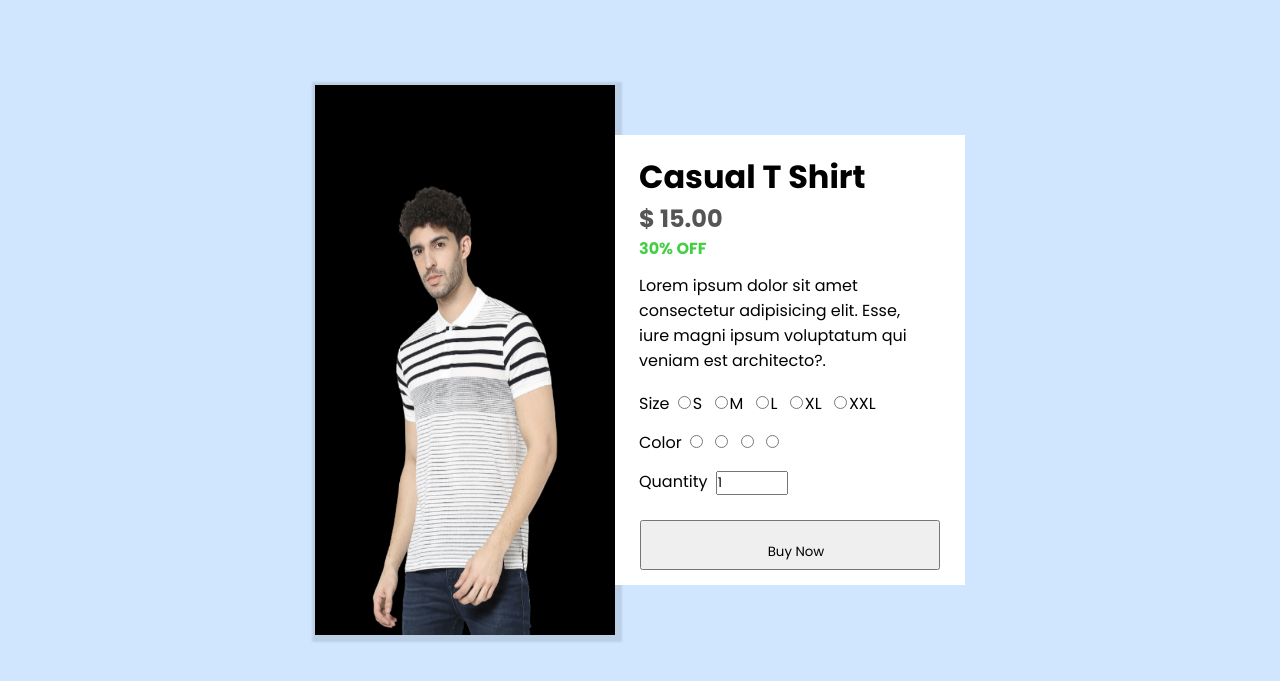
Repository: Ankitkr2021/Product-Page
Page: index.html
An editor plug-in stored every save of this project. The page is shown before and after the next save, followed by the edit.
The browser window is 1280 px wide. The pictures show the whole page.

Above is the page before, as saved 2025-10-24 11:26:13.

### index.html
<!DOCTYPE html>
<html lang="en">
<head>
    <meta charset="UTF-8">
    <meta name="viewport" content="width=device-width, initial-scale=1.0">
    <title>Product Page Design</title>
    <link rel="stylesheet" href="./style.css">
</head>
<body>
    <div class="main">
    <div class="left">
    <div class="image1"><img src="./images/image1.png" alt=""></div>
    <div class="image2"></div>
    <div class="image3"></div>
    </div>
    <div class="right">
        <h1>Casual T Shirt</h1>
        <h2>$ 15.00</h2>
        <h4>30% OFF</h4>
        <p>Lorem ipsum dolor sit amet consectetur adipisicing elit. Esse, iure magni ipsum voluptatum qui veniam est architecto?.</p>

        <div class="size"> Size
        <label><input type="radio" name="size" value="s">S</label>
        <label><input type="radio" name="size" value="m">M</label>
        <label><input type="radio" name="size" value="l">L</label>
        <label><input type="radio" name="size" value="xl">XL</label>
        <label><input type="radio" name="size" value="xxl">XXL</label>
        </div>

        <div class="color">
        Color
        <label><input type="radio" name="color" value="red"></label>
        <label><input type="radio" name="color" value="green"></label>
        <label><input type="radio" name="color" value="blue"></label>
        <label><input type="radio" name="color" value="pink"></label>
        </div>

        <div class="quantity">
            Quantity
            <label><input type="number" id="qty" name="qty" min="1" max="10" value="1"></label>
        </div>

        <button> Buy Now</button>
    </div>
    </div>
</body>
</html>

### style.css
@import url("https://fonts.googleapis.com/css2?family=Poppins:wght@400;700&display=swap");

*{
    margin: 0;
    padding: 0;
    box-sizing: border-box;
    font-family: "Poppins",sans-serif;
}

.main {
    display: flex;
    align-items: center;
    justify-content: center;
    height: 100vh;
    width: 100%;
    background: rgba(187, 219, 255, 0.692);
}

.left {
    height: 550px;
    width: 300px;
    background: #000;
    box-shadow: 2px 2px 2px 5px rgba(0,0,0,0.1);
}

img {
    /* background: green; */
    margin-top: 100px;
    height: 450px;
    width: 300px;
}

.right{
    height: 450px;
    width: 350px;
    background: #fff;
}

.right h1 {
    padding: 18px 12px 0 24px;
}

.right h2 {
    padding: 0 12px 0 24px;
    color: rgb(85, 85, 85);
}

.right h4 {
    padding: 0 12px 12px 24px;
    color: rgb(68, 206, 68);
}

.right p {
    width: 310px;
    padding: 0px 12px 0 24px ;
}

.size {
    padding: 18px 12px 0 24px;
}

input[type="radio"][name="size"] {
  margin-right: 2px;
}

.color {
    padding: 14px 12px 0 24px;
}

.quantity {
    padding: 14px 12px 0 24px;
}

button {
    padding: 14px 12px 0 24px;
    margin: 25px;
    width: 300px;
    height: 50px;
}


.right label {
    padding: 4px ;
}

After the next save:
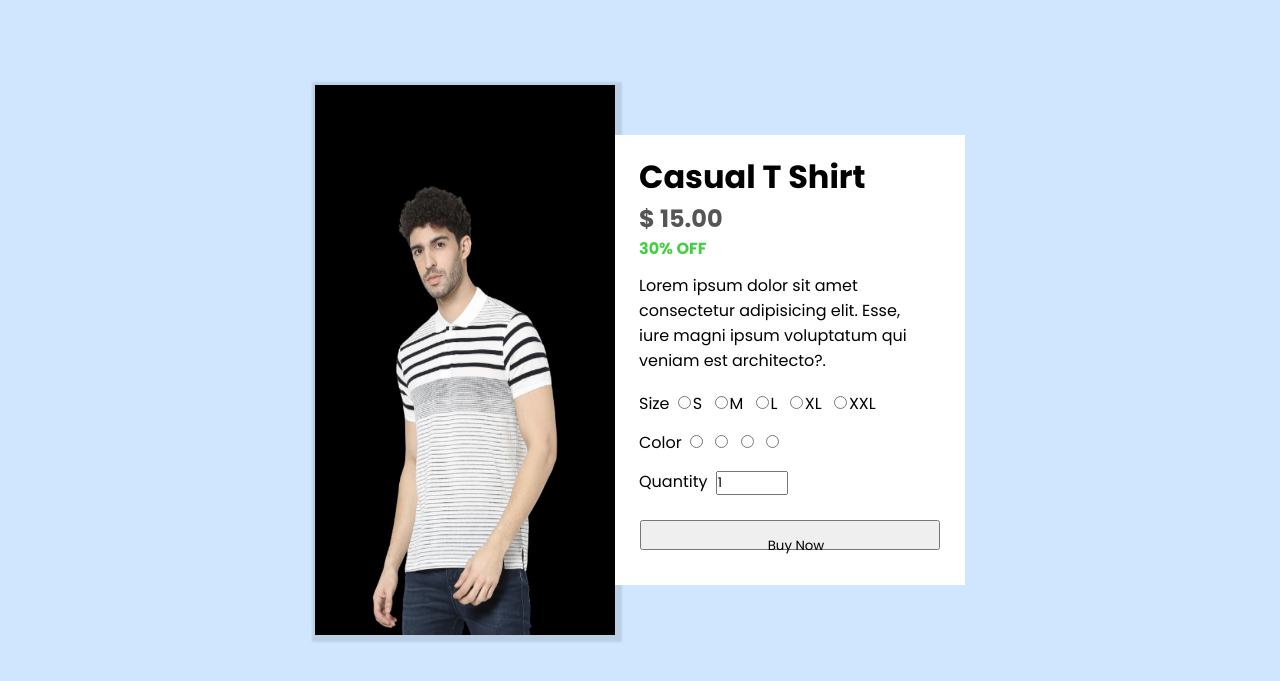
Saved 4 s later.
--- a/style.css
+++ b/style.css
@@ -75,7 +75,7 @@ button {
     padding: 14px 12px 0 24px;
     margin: 25px;
     width: 300px;
-    height: 50px;
+    height: 30px;
 }
 
 
